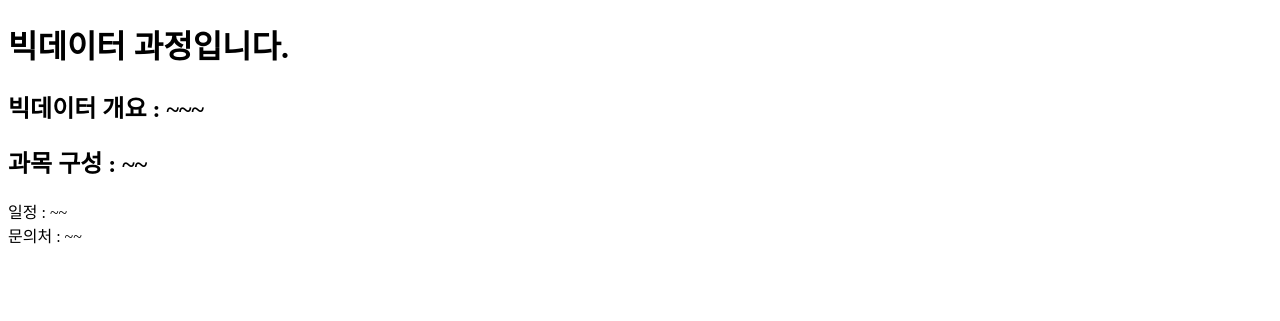
Repository: ybshim90/sesac1
Page: day_20211216_03_hello/src/main/webapp/hello.html
The author's editor kept a copy of each file at every save. The page is drawn from the files as they stood at one save, then again after the next save.
The browser window is 1280 px wide. The pictures show the whole page.

Above is the page before, as saved 2021-12-16 07:34:53.

After the next save:
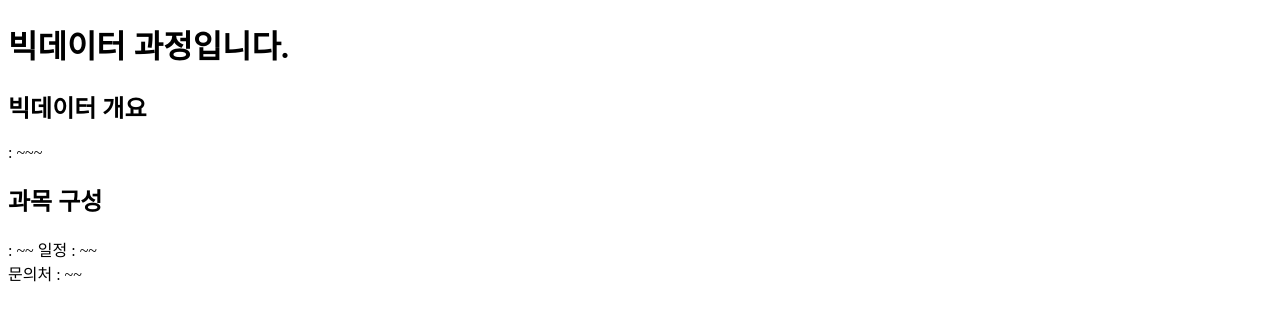
Saved 10 s later.
--- a/day_20211216_03_hello/src/main/webapp/hello.html
+++ b/day_20211216_03_hello/src/main/webapp/hello.html
@@ -6,8 +6,8 @@
 	</head>
 	<body>
 		<h1>빅데이터 과정입니다.</h1>
-		<h2>빅데이터 개요 : ~~~</h2>
-		<h2>과목 구성 : ~~</h2>
+		<h2>빅데이터 개요</h2> : ~~~
+		<h2>과목 구성</h2> : ~~
 		일정 : ~~<br>
 		문의처 : ~~<br>
 
